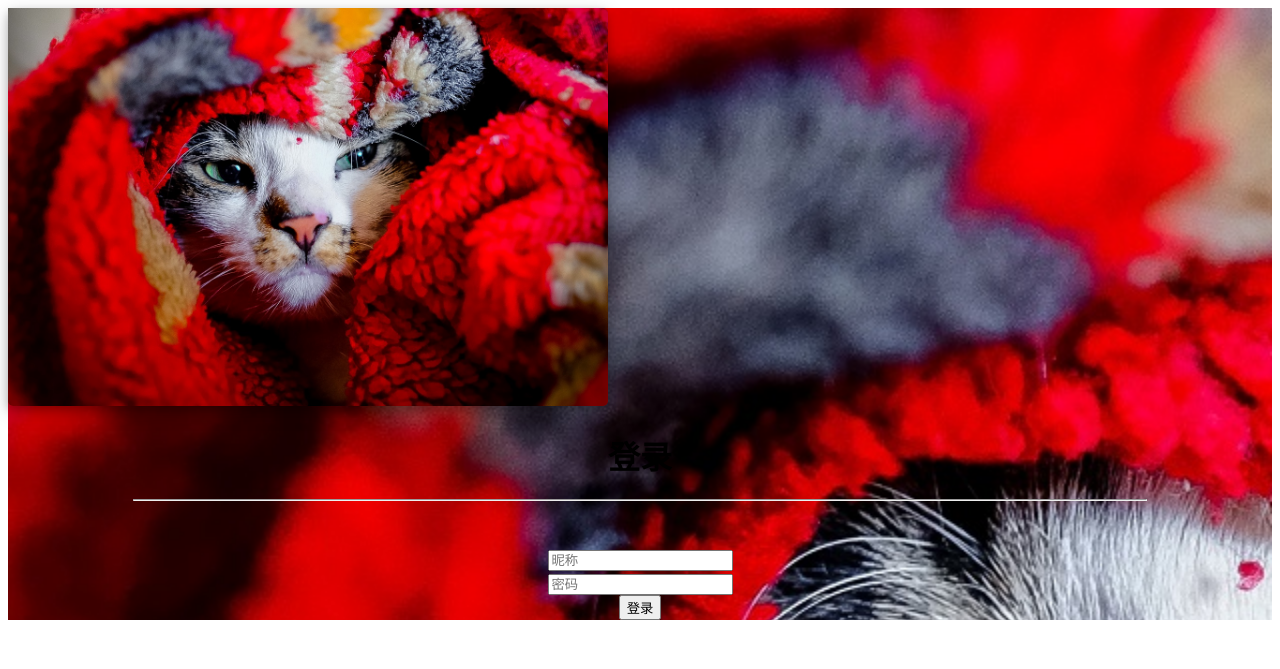
Repository: JuniorProjectTraining/free
Page: http://localhost/emss/login.jsp
The author's editor kept a copy of each file at every save. The page is drawn from the files as they stood at one save, then again after the next save.
The browser window is 1280 px wide. The pictures show the whole page.
The page is served by Tomcat 9.

Above is the page before, as saved 2019-12-25 01:31:37.

After the next save:
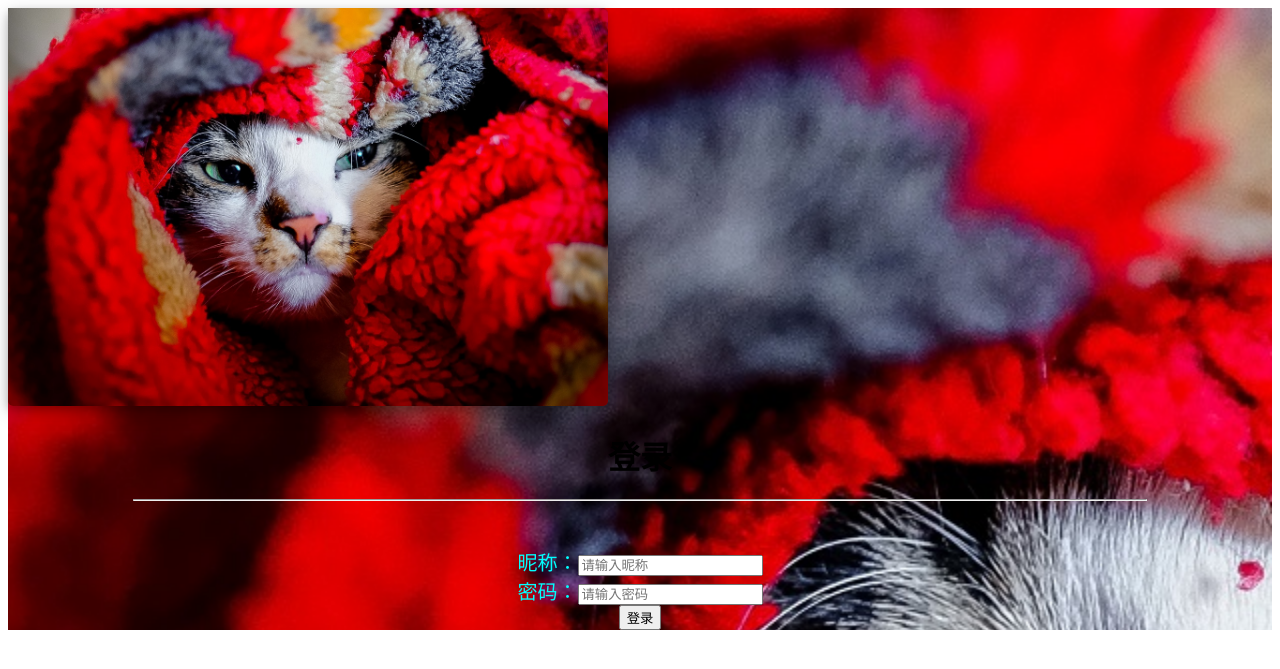
Saved 27 min 23 s later.
--- a/emss/src/main/webapp/login.jsp
+++ b/emss/src/main/webapp/login.jsp
@@ -43,9 +43,9 @@
 <br>
 <span class = "nn">
 <p>
-<input id = "username" name = "nickname" placeholder = "昵称" />
+昵称：<input id = "username" name = "nickname" placeholder = "请输入昵称" />
 <br>
-<input type = "password" id = "password" name = "password" placeholder = "密码"/ >
+密码：<input type = "password" id = "password" name = "password" placeholder = "请输入密码"/ >
 <br>
 <input type = "submit" value = "登录" />
 </p>
